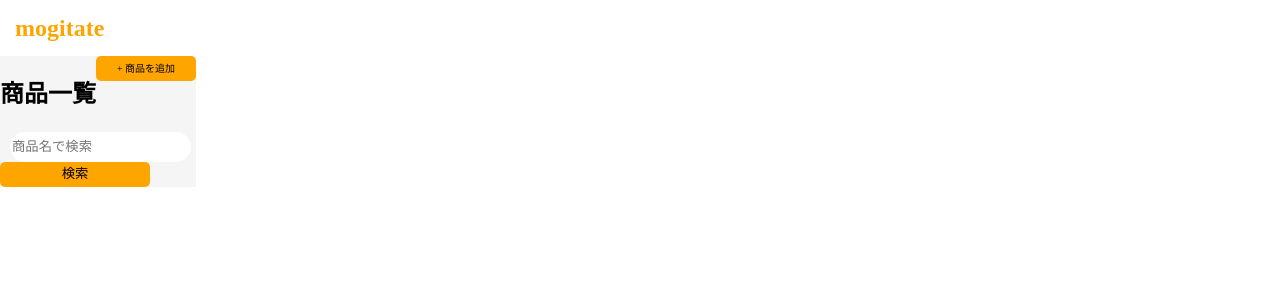
Repository: tokisiro/fruit-products
Page: http://localhost/products
An editor plug-in stored every save of this project. The page is shown before and after the next save, followed by the edit.
The browser window is 1280 px wide. The pictures show the whole page.
The page is served by the project's Laravel application, run on PHP 8.4 with Laravel 8. Queries for data that is not in the repository find no rows.

Above is the page before, as saved 2025-05-16 20:20:30.

After the next save:
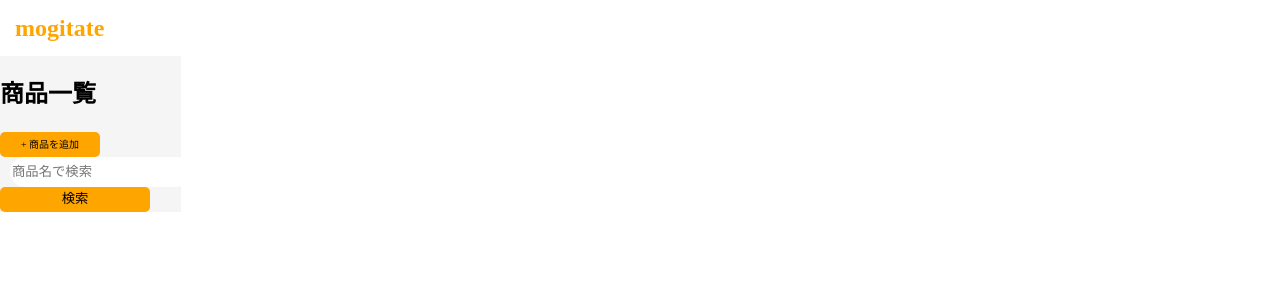
Saved 2 min 47 s later.
--- a/src/public/css/product.css
+++ b/src/public/css/product.css
@@ -24,10 +24,7 @@
 
 }
 
-.product__content{
-    display: flex;
-    justify-content:space-between;
-}
+
 .product__content-button{
     background-color: orange;
     height: 25px;

After the save that followed:
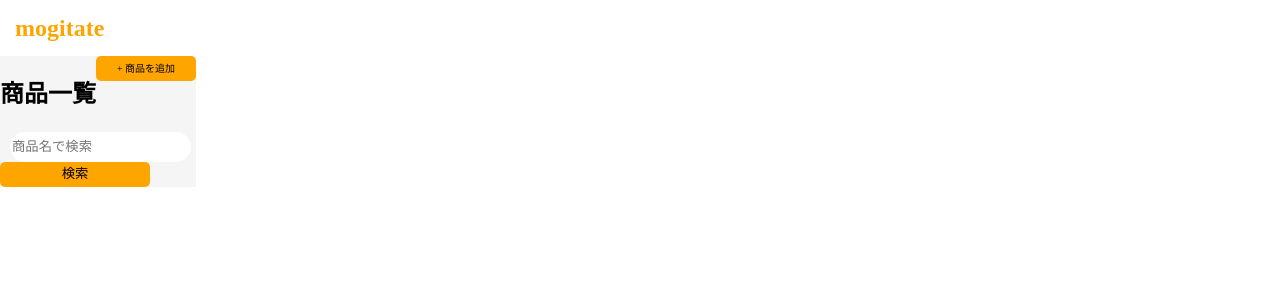
Saved 12 s later.
--- a/src/public/css/product.css
+++ b/src/public/css/product.css
@@ -24,7 +24,10 @@
 
 }
 
-
+.product__content{
+    display: flex;
+    justify-content:space-between;
+}
 .product__content-button{
     background-color: orange;
     height: 25px;
